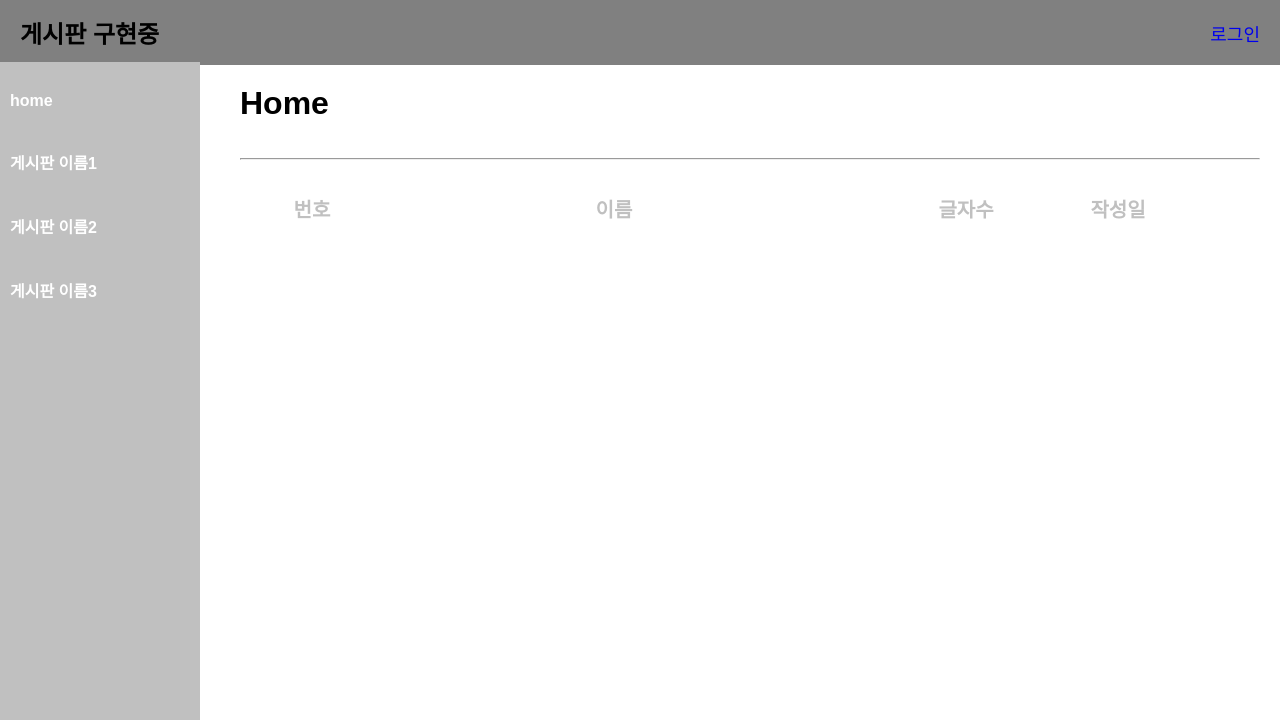
Repository: hyeon-jin-park/study
Page: work/internet_programing/Test_final/public/home.html
These files come from the project's save history. The page is drawn as it stood at one moment and after the next save; the edit follows.
The browser window is 1280 px wide. The pictures show the whole page.

Above is the page before, as saved 2025-03-12 14:05:34.

After the next save:
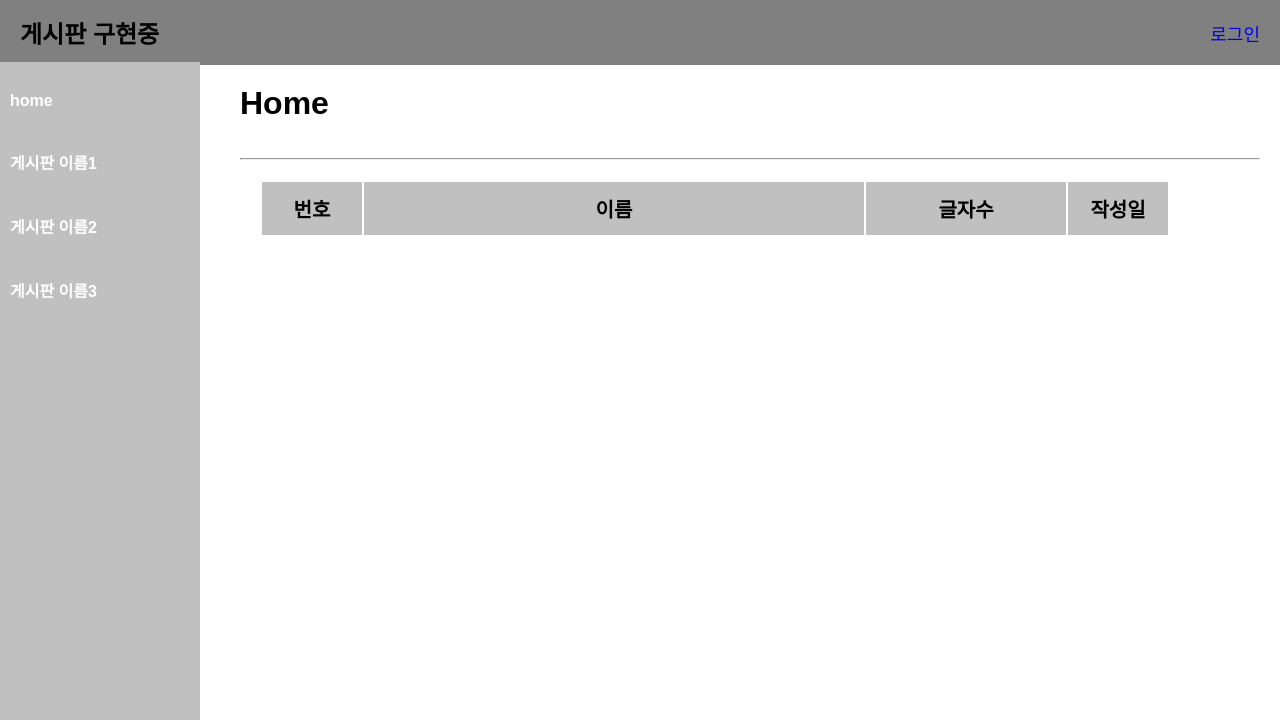
Saved 51 s later.
--- a/work/internet_programing/Test_final/public/home.html
+++ b/work/internet_programing/Test_final/public/home.html
@@ -39,7 +39,7 @@
     	<hr>
     	<div class="board">
     		<table class="header_elements">
-    			<tr style ="color: silver;">
+    			<tr style ="background-color: silver;">
     				<th>번호</th>
     				<th>이름</th>
     				<th>글자수</th>
